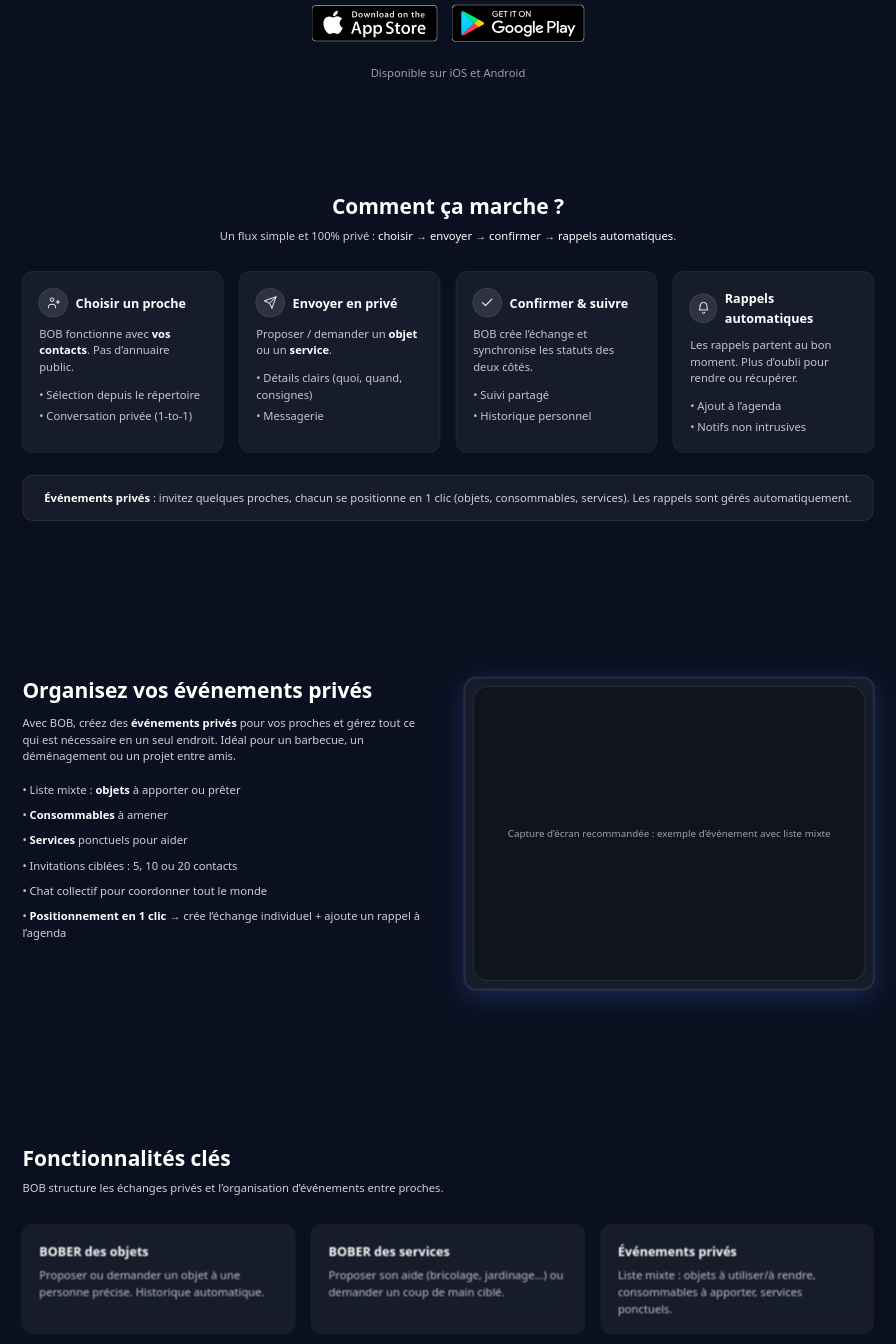
Repository: JeanCharlesMEILLAND/new-bob
Page: /
The author's editor kept a copy of each file at every save. The page is drawn from the files as they stood at one save, then again after the next save.
The browser window is 1280 px wide. The pictures show the part of the page from y = 456 to 2376 px (the page is 4978 px tall before and 4946 px after), at 70% of full size.
The page's requests for data from a server got no answer. The project was rebuilt for these pictures with package versions that can differ from the ones it lists, and the page was loaded fresh each time. The framework's server and built-in components were replaced by stand-ins that run in the browser. No one was signed in, and anything a server would have sent is missing. Also part of the build but not shown: next.config.ts.

Above is the page before, as saved 2025-08-12 10:29:32.

### src/app/layout.tsx
import type { Metadata } from 'next'
import './globals.css'
import { inter, jakarta } from './fonts'
import Navbar from '@/components/Navbar'
import Footer from '@/components/Footer'
import Analytics from '@/components/Analytics'

const name = process.env.NEXT_PUBLIC_SITE_NAME || 'Bob App'
const baseUrl = process.env.NEXT_PUBLIC_SITE_URL || 'https://www.bobapp.fr'

export const metadata: Metadata = {
  metadataBase: new URL(baseUrl),
  title: `${name} — Partagez & empruntez simplement`,
  description:
    'Bob App permet à vos communautés de partager et emprunter des objets en toute simplicité, avec rappels et historique. Faites circuler les objets, pas l’argent.',
  alternates: { canonical: '/' },
  openGraph: {
    title: `${name} — Partagez & empruntez simplement`,
    description:
      'Faites circuler les objets, pas l’argent. Bob App facilite le prêt et l’emprunt au sein de vos collectifs.',
    url: baseUrl,
    siteName: name,
    images: ['/api/og'],
    type: 'website',
  },
  twitter: {
    card: 'summary_large_image',
    title: `${name} — Partagez & empruntez simplement`,
    description: 'Faites circuler les objets, pas l’argent.',
    images: ['/api/og'],
  },
  robots: { index: true, follow: true },
}

export default function RootLayout({ children }: { children: React.ReactNode }) {
  return (
    <html lang="fr" className={`${inter.variable} ${jakarta.variable}`}>
      <body className="min-h-screen bg-[--bg] text-[--fg] antialiased">
        <Navbar />
        <main>{children}</main>
        <Footer />
        <Analytics />
      </body>
    </html>
  )
}

### src/app/page.tsx
import Hero from '@/components/sections/Hero'
import Features from '@/components/sections/Features'
import HowItWorks from '@/components/sections/HowItWorks'
import Showcase from '@/components/sections/Showcase'
import Testimonials from '@/components/sections/Testimonials'
import CTA from '@/components/sections/CTA'
import Events from '@/components/sections/Events'

export default function Page() {
  return (
    <>
      <Hero />
      <HowItWorks />
      <Events />
      <Features />
      <Showcase />
      <Testimonials />
      <CTA />
    </>
  )
}

### src/app/globals.css
@import "tailwindcss";

:root {
  --bg: #0b1020;
  --fg: #ffffff;
}

html, body {
  scroll-behavior: smooth;
  background: var(--bg);
  color: var(--fg);
}

/* === Tokens Tailwind v4 pour tes classes custom === */
@theme {
  /* Colors */
  --color-ink: #0f172a;
  --color-brand-50:  #f3f7ff;
  --color-brand-100: #e8efff;
  --color-brand-200: #cfe0ff;
  --color-brand-300: #a6c2ff;
  --color-brand-400: #7ba1ff;
  --color-brand-500: #4b7bff;
  --color-brand-600: #2f5df3;
  --color-brand-700: #2549c6;
  --color-brand-800: #1f3ca0;
  --color-brand-900: #1e367f;

  /* Radius */
  --radius-xl2: 1.25rem; /* => rounded-xl2 */

  /* Shadows */
  --shadow-glow: 0 0 0 2px rgba(255,255,255,0.08),
                 0 10px 40px rgba(75,123,255,0.25); /* => shadow-glow */
}
.container-gutter {
  @apply mx-auto max-w-7xl px-6 md:px-8;
}

.section {
  @apply py-20 md:py-28;
}

.card {
  @apply rounded-2xl bg-white/5 ring-1 ring-white/10 backdrop-blur;
}

.gradient-text {
  background: linear-gradient(90deg, #4b7bff 0%, #22c55e 100%);
  -webkit-background-clip: text;
  -webkit-text-fill-color: transparent;
  background-clip: text;
  color: transparent;
}

.bg-grid {
  background-image: linear-gradient(to right, rgba(255,255,255,0.06) 1px, transparent 1px),
    linear-gradient(to bottom, rgba(255,255,255,0.06) 1px, transparent 1px);
  background-size: 24px 24px;
}

*:focus-visible {
  outline: 2px solid rgba(75,123,255,0.9);
  outline-offset: 2px;
}

### src/app/fonts.ts
import { Inter, Plus_Jakarta_Sans } from 'next/font/google'

export const inter = Inter({
  subsets: ['latin'],
  variable: '--font-inter',
  display: 'swap',
})

export const jakarta = Plus_Jakarta_Sans({
  subsets: ['latin'],
  variable: '--font-jakarta',
  display: 'swap',
})

### src/components/Navbar.tsx
'use client'

import Link from 'next/link'
import Container from './ui/Container'
import Logo from './Logo'
import Button from './ui/Button'
import { useState, useEffect } from 'react'
import { clsx } from 'clsx'

export default function Navbar() {
  const [scrolled, setScrolled] = useState(false)

  useEffect(() => {
    const onScroll = () => setScrolled(window.scrollY > 20)
    onScroll()
    window.addEventListener('scroll', onScroll)
    return () => window.removeEventListener('scroll', onScroll)
  }, [])

  return (
    <header
      className={clsx(
        'fixed inset-x-0 top-0 z-50 transition-all',
        scrolled ? 'bg-black/50 backdrop-blur ring-1 ring-white/10' : 'bg-transparent'
      )}
    >
      <Container className="flex items-center justify-between py-4">
        <Link href="/" className="flex items-center gap-2" aria-label="Accueil Bob App">
          <Logo />
          <span className="sr-only">Bob App</span>
        </Link>

        <nav aria-label="Navigation principale" className="hidden md:flex items-center gap-6 text-sm text-white/80">
          <a href="#features" className="hover:text-white">Fonctionnalités</a>
          <a href="#how" className="hover:text-white">Comment ça marche</a>
          <a href="#pricing" className="hover:text-white">Tarifs</a>
          <a href="#faq" className="hover:text-white">FAQ</a>
        </nav>

        <div className="flex items-center gap-3">
          <Button href="#waitlist" variant="primary" size="sm" className="hidden md:inline-flex">
            Rejoindre la liste d’attente
          </Button>
        </div>
      </Container>
    </header>
  )
}

### src/components/Footer.tsx
import Container from './ui/Container'

export default function Footer() {
  return (
    <footer className="border-t border-white/10 py-10 text-sm">
      <Container className="flex flex-col md:flex-row items-center justify-between gap-6 text-white/60">
        <p>© {new Date().getFullYear()} Bob App — Tous droits réservés.</p>
        <div className="flex items-center gap-6">
          <a href="/legal/terms" className="hover:text-white/90">CGU</a>
          <a href="/legal/privacy" className="hover:text-white/90">Vie privée</a>
          <a href="mailto:hello@bobapp.fr" className="hover:text-white/90">Contact</a>
        </div>
      </Container>
    </footer>
  )
}

### src/components/Analytics.tsx
'use client'

import Script from 'next/script'

export default function Analytics() {
  const gaId = process.env.NEXT_PUBLIC_GA_ID
  if (!gaId) return null

  return (
    <>
      <Script
        src={`https://www.googletagmanager.com/gtag/js?id=${gaId}`}
        strategy="afterInteractive"
      />
      <Script id="ga" strategy="afterInteractive">
        {`
        window.dataLayer = window.dataLayer || [];
        function gtag(){dataLayer.push(arguments);}
        gtag('js', new Date());
        gtag('config', '${gaId}');
        `}
      </Script>
    </>
  )
}

### src/components/sections/Hero.tsx
// components/sections/Hero.tsx
import Image from 'next/image'
import Container from '@/components/ui/Container'

export default function Hero() {
  return (
    <section className="relative pt-40 pb-12"> {/* ↓ avant pt-48, donc badge + haut */}
      {/* Fonds décoratifs */}
      <div className="absolute inset-0 -z-10 bg-hero-radial bg-no-repeat opacity-70" />
      <div className="absolute inset-0 -z-20 bg-grid opacity-[0.25] [mask-image:radial-gradient(circle at center,black,transparent_70%)]" />

      <Container className="text-center space-y-10">
        {/* Badge conformité */}
        <div className="-mt-6 inline-flex items-center gap-2 rounded-full border border-white/10 bg-white/5 px-4 py-2 text-sm text-white/80">
          Usage privé entre proches • Aucune transaction financière • Pas de mise en relation publique
        </div>

        {/* Titre principal */}
        <h1 className="text-5xl font-extrabold tracking-tight sm:text-6xl leading-tight">
          <span className="gradient-text drop-shadow-[0_0_15px_rgba(75,123,255,0.6)]">Bober</span>, c’est partager, aider, organiser…
        </h1>

        {/* Sous-titre */}
        <p className="mx-auto max-w-3xl text-lg text-white/80 leading-relaxed">
          Gérez vos échanges d’<strong className="text-white">objets</strong>, de{' '}
          <strong className="text-white">services</strong> et vos{' '}
          <strong className="text-white">événements</strong>  — en toute simplicité et confidentialité,
          uniquement avec vos contacts.
        </p>

        {/* Badges stores */}
        <div id="download" className="flex flex-wrap items-center justify-center gap-5 pt-4">
          <a
            href="https://apps.apple.com/app/idXXXXXXXXX"
            aria-label="Télécharger BOB sur l’App Store"
            className="inline-flex"
            target="_blank" rel="noopener noreferrer"
          >
            <Image src="/app-badges/appstore.svg" alt="Disponible sur l’App Store" width={180} height={54} priority />
          </a>
          <a
            href="https://play.google.com/store/apps/details?id=com.bobapp"
            aria-label="Télécharger BOB sur Google Play"
            className="inline-flex"
            target="_blank" rel="noopener noreferrer"
          >
            <Image src="/app-badges/playstore.svg" alt="Disponible sur Google Play" width={190} height={54} priority />
          </a>
        </div>

        {/* Légende rapprochée */}
        <p className="text-base text-white/60 -mt-2">Disponible sur iOS et Android</p>

      </Container>
    </section>
  )
}

### src/components/sections/Features.tsx
// components/sections/Features.tsx
import Container from '@/components/ui/Container'

const FEATURES = [
  { title: 'BOBER des objets', desc: 'Proposer ou demander un objet à une personne précise. Historique automatique.' },
  { title: 'BOBER des services', desc: 'Proposer son aide (bricolage, jardinage…) ou demander un coup de main ciblé.' },
  { title: 'Événements privés', desc: 'Liste mixte : objets à utiliser/à rendre, consommables à apporter, services ponctuels.' },
  { title: 'Invitations ciblées', desc: 'Invitez 5, 10 ou 20 contacts. Positionnement en un clic : chacun prend un item.' },
  { title: 'Messagerie intégrée', desc: 'Conversation 1-to-1 et chat d’événement pour coordonner rapidement.' },
  { title: 'Rappels & suivi', desc: 'Rappels automatiques bidirectionnels, agenda, historique des échanges.' },
  { title: '100% privé', desc: 'Pas de catalogue public. Vos échanges restent entre vos contacts.' },
  { title: 'Bobies (optionnel)', desc: 'Points d’entraide pour encourager la participation — sans valeur monétaire.' },
]

export default function Features() {
  return (
    <section id="features" className="section">
      <Container>
        <h2 className="text-3xl font-bold">Fonctionnalités clés</h2>
        <p className="mt-3 max-w-2xl text-white/80">BOB structure les échanges privés et l’organisation d’événements entre proches.</p>

        <div className="mt-10 grid grid-cols-1 gap-6 md:grid-cols-2 lg:grid-cols-3">
          {FEATURES.map((f) => (
            <div key={f.title} className="card p-6 hover:shadow-glow transition-shadow">
              <h3 className="text-lg font-semibold">{f.title}</h3>
              <p className="mt-2 text-white/75">{f.desc}</p>
            </div>
          ))}
        </div>
      </Container>
    </section>
  )
}

### src/components/sections/Showcase.tsx
import Container from '../ui/Container'

export default function Showcase() {
  return (
    <section className="section">
      <Container>
        <div className="grid items-center gap-8 md:grid-cols-2">
          <div>
            <h2 className="text-3xl font-bold">Pensé pour l’usage quotidien</h2>
            <p className="mt-3 text-white/80">
              Rappels discrets, timeline claire, et un catalogue agréable à parcourir.
              Remplacez les groupes de messagerie par une interface structurée, avec historique et validation.
            </p>
            <ul className="mt-6 space-y-2 text-white/80">
              <li>• Accès par lien/QR au collectif</li>
              <li>• Notifications de retour</li>
              <li>• Historique de prêts/retours</li>
              <li>• Messagerie légère intégrée</li>
            </ul>
          </div>
          <div className="rounded-2xl border border-white/10 bg-white/5 p-2">
            <div className="aspect-[9/16] w-full rounded-xl2 bg-black/40 ring-1 ring-white/10 flex items-center justify-center text-white/60">
              <span className="text-sm">Mockup mobile — remplacez par un screen</span>
            </div>
          </div>
        </div>
      </Container>
    </section>
  )
}

### src/components/sections/Testimonials.tsx
import Container from '../ui/Container'

const TESTIMONIALS = [
  {
    name: 'Sarah, présidente d’asso',
    text: 'On a évité l’achat de matériel en doublon. L’interface est simple et tout le monde s’y retrouve.',
  },
  {
    name: 'Karim, voisinage',
    text: 'On se prête outillage et jeux pour les enfants. Les rappels évitent les oublis.',
  },
  {
    name: 'Élodie, RH',
    text: 'Parfait pour animer un collectif interne sur plusieurs sites. Traçabilité légère mais suffisante.',
  },
]

export default function Testimonials() {
  return (
    <section className="section">
      <Container>
        <h2 className="text-3xl font-bold">Ils en parlent</h2>
        <div className="mt-8 grid gap-6 md:grid-cols-3">
          {TESTIMONIALS.map((t) => (
            <figure key={t.name} className="card p-6">
              <blockquote className="text-white/90">&ldquo;{t.text}&rdquo;</blockquote>
              <figcaption className="mt-4 text-white/60">— {t.name}</figcaption>
            </figure>
          ))}
        </div>
      </Container>
    </section>
  )
}

### src/components/sections/CTA.tsx
'use client'

import { useState } from 'react'
import Container from '../ui/Container'
import Button from '../ui/Button'

export default function CTA() {
  const [email, setEmail] = useState('')
  const [status, setStatus] = useState<'idle' | 'loading' | 'ok' | 'err'>('idle')

  async function join(e: React.FormEvent) {
    e.preventDefault()
    setStatus('loading')
    try {
      const res = await fetch('/api/waitlist', {
        method: 'POST',
        headers: { 'Content-Type': 'application/json' },
        body: JSON.stringify({ email }),
      })
      if (!res.ok) throw new Error('HTTP ' + res.status)
      setStatus('ok')
      setEmail('')
    } catch {
      setStatus('err')
    }
  }

  return (
    <section id="waitlist" className="section">
      <Container className="text-center">
        <h2 className="text-3xl font-bold">Rejoignez la liste d’attente</h2>
        <p className="mt-3 text-white/80">
          Soyez les premiers informés du lancement, recevez des accès anticipés et des bonus de démarrage.
        </p>
        <form onSubmit={join} className="mx-auto mt-8 flex max-w-md items-center gap-2">
          <label className="sr-only" htmlFor="email">Adresse email</label>
          <input
            id="email"
            required
            type="email"
            placeholder="votre@email.fr"
            value={email}
            onChange={(e) => setEmail(e.target.value)}
            className="w-full rounded-xl2 border border-white/10 bg-white/10 px-4 py-3 text-white placeholder-white/50 focus:outline-none"
          />
          <Button type="submit" variant="primary" size="md" className="whitespace-nowrap">
            {status === 'loading' ? 'Envoi…' : status === 'ok' ? 'Inscrit ✔︎' : 'S’inscrire'}
          </Button>
        </form>
        {status === 'err' && <p className="mt-2 text-red-300">Oups, une erreur est survenue. Réessayez.</p>}
      </Container>
    </section>
  )
}

### src/components/sections/Events.tsx
// components/sections/Events.tsx
import Container from '@/components/ui/Container'
import Image from 'next/image'

export default function Events() {
  return (
    <section id="events" className="section">
      <Container>
        <div className="grid items-start gap-12 lg:grid-cols-2">
          {/* Texte explicatif */}
          <div>
            <h2 className="text-3xl font-bold">
              Organisez vos événements privés
            </h2>
            <p className="mt-4 text-white/80">
              Avec BOB, créez des <strong className="text-white">événements privés</strong> pour vos proches et gérez
              tout ce qui est nécessaire en un seul endroit. Idéal pour un barbecue, un déménagement ou un projet entre amis.
            </p>
            <ul className="mt-6 space-y-3 text-white/80">
              <li>• Liste mixte : <strong className="text-white">objets</strong> à apporter ou prêter</li>
              <li>• <strong className="text-white">Consommables</strong> à amener</li>
              <li>• <strong className="text-white">Services</strong> ponctuels pour aider</li>
              <li>• Invitations ciblées : 5, 10 ou 20 contacts</li>
              <li>• Chat collectif pour coordonner tout le monde</li>
              <li>• <strong className="text-white">Positionnement en 1 clic</strong> → crée l’échange individuel + ajoute un rappel à l’agenda</li>
            </ul>
          </div>

          {/* Visuel placeholder */}
          <div className="rounded-2xl border border-white/10 bg-white/5 p-3 shadow-glow">
            <div className="aspect-[4/3] w-full rounded-xl2 bg-black/30 ring-1 ring-white/10 flex items-center justify-center text-white/60">
              <span className="text-sm text-center px-4">
                Capture d’écran recommandée : exemple d’événement avec liste mixte
              </span>
            </div>
          </div>
        </div>
      </Container>
    </section>
  )
}

### src/components/ui/Container.tsx
import clsx from "clsx"

export default function Container({
  children,
  className
}: {
  children: React.ReactNode
  className?: string
}) {
  return <div className={clsx('container-gutter', className)}>{children}</div>
}

### src/components/Logo.tsx
export default function Logo({ className = 'h-7 w-auto' }: { className?: string }) {
  return (
    <svg className={className} viewBox="0 0 48 48" fill="none" aria-label="Bob App logo">
      <rect x="2" y="2" width="44" height="44" rx="12" fill="url(#g)" />
      <path d="M14 32c0-5 4-9 9-9s9 4 9 9" stroke="white" strokeWidth="3" strokeLinecap="round" />
      <circle cx="19" cy="19" r="2.5" fill="white" />
      <circle cx="29" cy="19" r="2.5" fill="white" />
      <defs>
        <linearGradient id="g" x1="2" y1="2" x2="46" y2="46">
          <stop stopColor="#4b7bff" />
          <stop offset="1" stopColor="#22c55e" />
        </linearGradient>
      </defs>
    </svg>
  )
}

### src/components/ui/Button.tsx
import { clsx } from 'clsx'
import Link from 'next/link'

type Variant = 'primary' | 'secondary' | 'ghost'
type Size = 'sm' | 'md' | 'lg'

type Props = {
  href?: string
  children: React.ReactNode
  onClick?: () => void
  className?: string
  type?: 'button' | 'submit' | 'reset'
  ariaLabel?: string
  variant?: Variant
  size?: Size
}

/* Base commune */
const baseClasses =
  'inline-flex items-center justify-center rounded-xl2 px-5 py-3 text-sm font-semibold transition-transform active:scale-[0.99] focus:outline-none focus-visible:ring-2 focus-visible:ring-brand-500'

/* Variantes de style (tokens @theme) */
const variantClasses: Record<Variant, string> = {
  primary:  'bg-brand-500 text-white hover:bg-brand-600 ring-1 ring-brand-400 shadow-glow',
  secondary:'bg-brand-100 text-brand-800 hover:bg-brand-200 ring-1 ring-brand-300',
  ghost:    'bg-transparent text-brand-500 hover:bg-brand-50 ring-1 ring-brand-200',
}

/* Tailles */
const sizeClasses: Record<Size, string> = {
  sm: 'px-3 py-2 text-xs',
  md: 'px-5 py-3 text-sm',
  lg: 'px-6 py-3.5 text-base',
}

export default function Button({
  href,
  children,
  onClick,
  className,
  type = 'button',
  ariaLabel,
  variant = 'primary',
  size = 'md',
}: Props) {
  const classes = clsx(baseClasses, variantClasses[variant], sizeClasses[size], className)

  if (href) {
    return (
      <Link href={href} aria-label={ariaLabel} className={classes}>
        {children}
      </Link>
    )
  }

  return (
    <button type={type} onClick={onClick} aria-label={ariaLabel} className={classes}>
      {children}
    </button>
  )
}

Loaded but not shown: src/components/sections/HowItWorks.tsx (126 lines, source omitted)

After the next save:
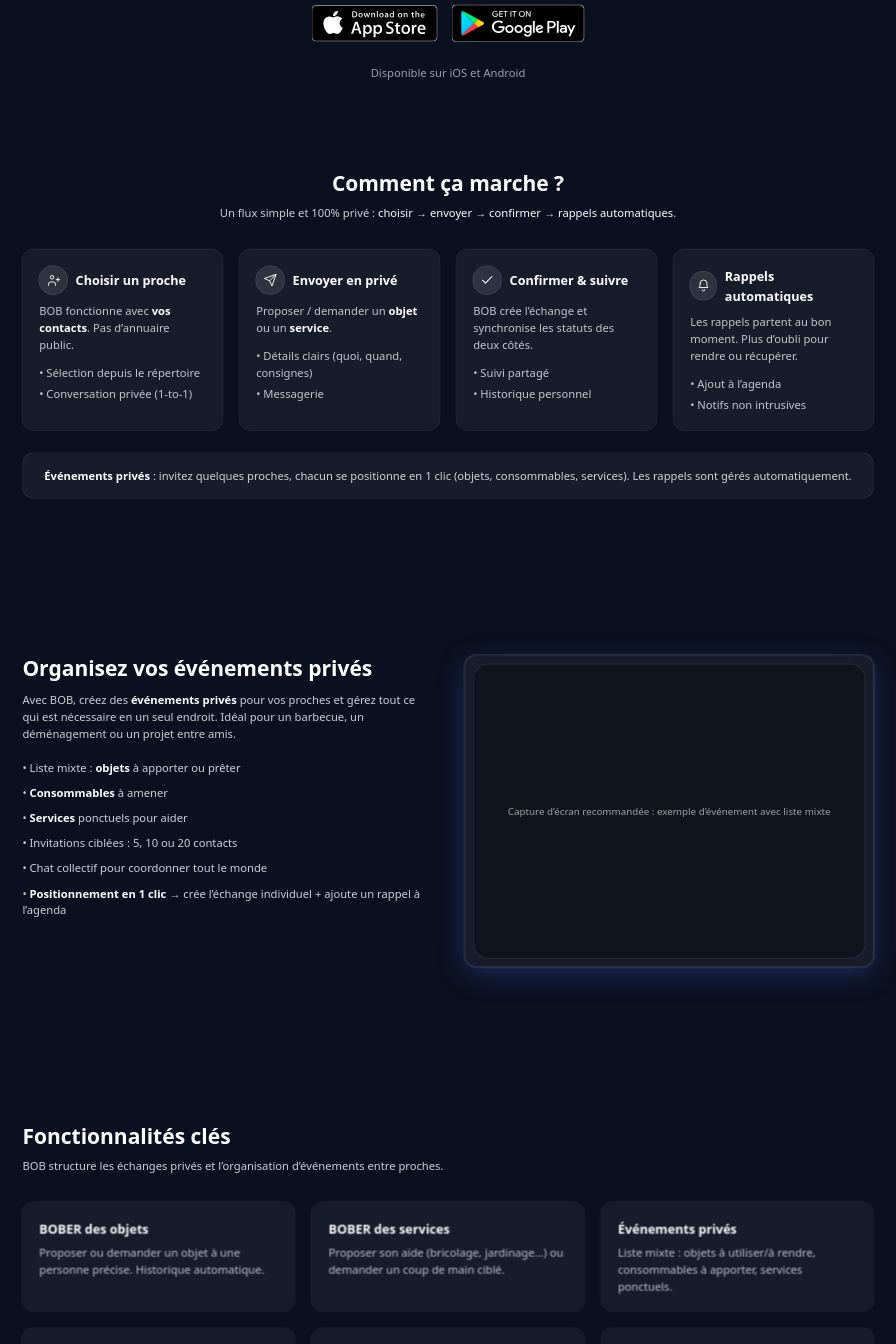
Saved 14 s later.
--- a/src/components/sections/Hero.tsx
+++ b/src/components/sections/Hero.tsx
@@ -4,7 +4,7 @@
 
 export default function Hero() {
   return (
-    <section className="relative pt-40 pb-12"> {/* ↓ avant pt-48, donc badge + haut */}
+    <section className="relative pt-40 pb-4"> {/* ↓ avant pt-48, donc badge + haut */}
       {/* Fonds décoratifs */}
       <div className="absolute inset-0 -z-10 bg-hero-radial bg-no-repeat opacity-70" />
       <div className="absolute inset-0 -z-20 bg-grid opacity-[0.25] [mask-image:radial-gradient(circle at center,black,transparent_70%)]" />
